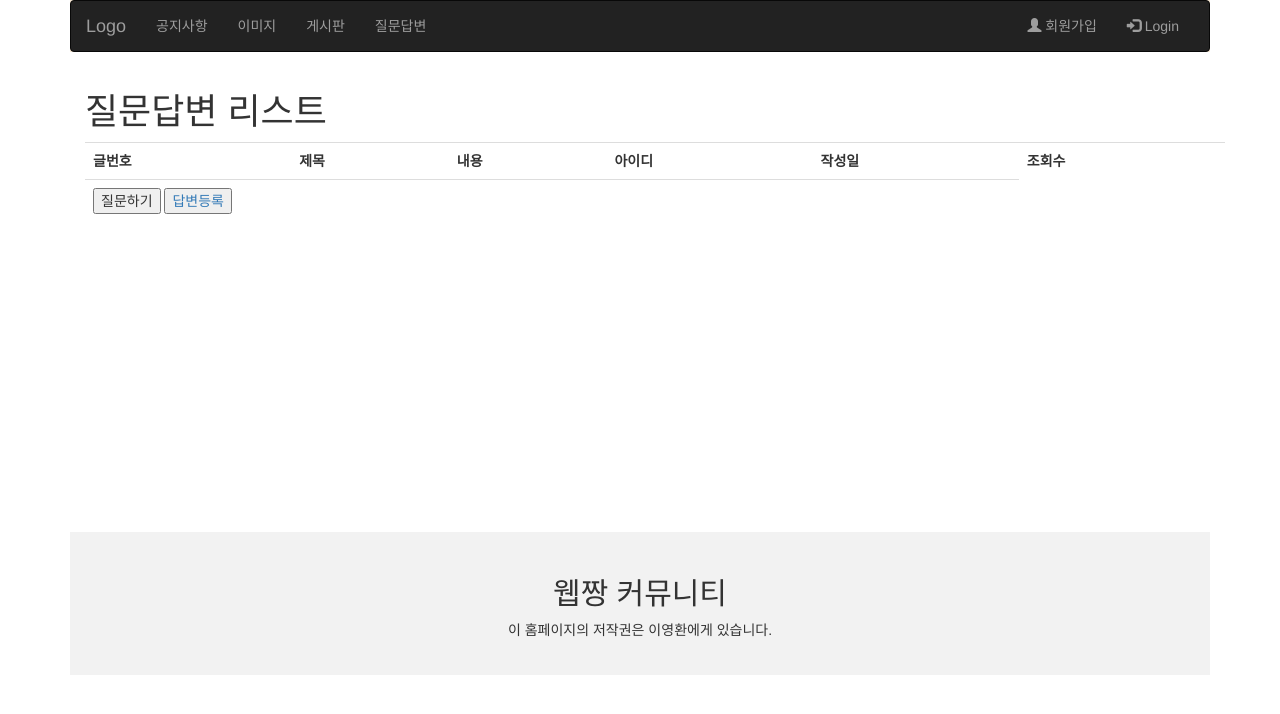
Repository: xo461/test
Page: http://localhost/webjjangcom_ver2/qna/list.jsp
These files come from the project's save history. The page is drawn as it stood at one moment and after the next save; the edit follows.
The browser window is 1280 px wide. The pictures show the whole page.
Some web libraries are served in a nearby version. The page is served by Tomcat 9. Other server files are loaded and not shown. Queries for data that is not in the repository find no rows.

Above is the page before, as saved 2019-11-14 08:42:44.

### web/webjjangcom_ver2/WebContent/WEB-INF/sitemesh.xml
<?xml version="1.0" encoding="UTF-8"?>
<!DOCTYPE XML>
<!-- 작성자 : 이영환 -->
<!-- 작성일 : 2018-11-14 -->
<!-- sitemesh 설정에 대한 정의 xml 파일 -->
<sitemesh>
	<!-- 레이아웃 꾸미기는 /WEB-INF/decorators.xml로 정의 -->
	<property name="decorators-file" value="/WEB-INF/decorators.xml" />
	<!-- 위에 property로 정의된 xml를 포함 시킨다. -->
	<excludes file="${decorators-file}" />

	<!-- HTML 분해 객체 선택 : title, head, body-->
	<page-parsers>
		<parser content-type="text/html"
			class="com.opensymphony.module.sitemesh.parser.HTMLPageParser" />
	</page-parsers>

	<!-- HTML 조립기 -->
	<decorator-mappers>
		<mapper

			class="com.opensymphony.module.sitemesh.mapper.ConfigDecoratorMapper">
			<param name="config" value="${decorators-file}" />
		</mapper>
	</decorator-mappers>
</sitemesh>

### web/webjjangcom_ver2/WebContent/WEB-INF/decorators.xml
<?xml version="1.0" encoding="UTF-8"?>
<!DOCTYPE XML>
<!-- 작성자 : 이영환 -->
<!-- 작성일 : 2018-11-14 -->
<!-- 꾸미기(레이아웃)에 대한 선언 -->
<decorators defaultdir="/WEB-INF/views/decorator">
	<!-- hello에 대한 요청이 들어오면 적용시키는 레이아웃 선언 -->
	<decorator name="main" page="default_decorator.jsp">
		<!-- url 패턴 중에서 적용이 안되는(패턴의 충돌) 패턴이 있으면 *를 제거하고 적용하세요. -->
<!-- 		<pattern>/</pattern> -->
		<pattern>/main</pattern>
		<pattern>/notice/*</pattern>
		<pattern>/board/*</pattern>
		<pattern>/member/*</pattern>
		<pattern>/qna/*</pattern>
		<pattern>/image/*</pattern>
	</decorator>

	<!-- 관리자의 대한 요청 레이아웃 선언 -->
<!-- 	<decorator name="admin" page="admin_decorator.jsp"> -->
<!-- 		<pattern>/admin/*</pattern> -->
<!-- 	</decorator> -->

	<!-- 데코레이션에서 제외되는 요청을 선언 -->

</decorators>

### web/webjjangcom_ver2/WebContent/qna/list.jsp
<%@page import="com.webjjang.main.Service"%>
<%@page import="com.webjjang.main.Execute"%>
<%@page import="com.webjjang.bean.Beans"%>
<%@ page language="java" contentType="text/html; charset=UTF-8"
	pageEncoding="UTF-8"%>
<%@taglib prefix="C" uri="http://java.sun.com/jsp/jstl/core"%>

<%
	//여기가 자바입니다.
	// DB에서 데이터 가져오기 : [controller] - service - dao : List<BoardDTO>
	Service service = Beans.getService("qnaListService");
	request.setAttribute("list", Execute.service(service, 1));
%>
<!DOCTYPE html>
<html>
<head>
<meta charset="UTF-8">
<title>Insert title here</title>
<meta name="viewport" content="width=device-width, initial-scale=1">
<link rel="stylesheet"
	href="https://maxcdn.bootstrapcdn.com/bootstrap/3.4.0/css/bootstrap.min.css">
<script
	src="https://ajax.googleapis.com/ajax/libs/jquery/3.4.1/jquery.min.js"></script>
<script
	src="https://maxcdn.bootstrapcdn.com/bootstrap/3.4.0/js/bootstrap.min.js"></script>
<style type="text/css">
.dataRow:hover {
	background: #eee;
	cursor: pointer;
}
</style>
</head>

<body>
	<div class="container">
		<h1>질문답변 리스트</h1>
		<table class="table">
			<!-- 테이블의 한줄 -->
			<!-- 항목의 제목 -->
			<tr>
				<th>글번호</th>
				<th>제목</th>
				<th>내용</th>
				<th>아이디</th>
				<th>작성일</th>
				<th>조회수</th>
			</tr>
			<!-- 데이터표시줄 : 데이터가 있는 만큼 반복 처리한다. -->
			<C:forEach items="${list }" var="dto">
				<tr onclick="location='view.jsp'" class="dataRow">
					<td>${dto.no }</td>
					<td>${dto.title }</td>
					<td>${dto.content }</td>
					<td>${dto.id }</td>
					<td>${dto.writeDate }</td>
					<td>${dto.hit }</td>
				</tr>
			</C:forEach>

			<!--  글쓰기 버튼  -->
			<tr>

				<td colspan="5">
					<button onclick="location='loginForm.jsp'">질문하기</button>
					<a href="writeForm.jsp"><button>답변등록</button></a>
				</td>
			</tr>
		</table>
	</div>
</body>
</html>

### web/webjjangcom_ver2/WebContent/WEB-INF/views/decorator/default_decorator.jsp
<!-- sitemesh 사용을 위한 설정 파일 -->
<!-- 작성자 : 이영환 -->
<!-- 작성일 : 2018-11-14 -->

<%@ page language="java" contentType="text/html; charset=UTF-8"
	pageEncoding="UTF-8"%>
<%@taglib prefix="decorator"
	uri="http://www.opensymphony.com/sitemesh/decorator"%>
<%@taglib prefix="c" uri="http://java.sun.com/jsp/jstl/core"%>
<!DOCTYPE html>
<html>

<head>
<meta http-equiv="Content-Type" content="text/html; charset=UTF-8">

<!-- title을 개별 jsp에 있는 title로 적용한다. -->
<title>웹짱::<decorator:title /></title>

<!-- jQuery, BootStrap 웹 라이브러리를 등록 했으므로 url 적용되는 개별 jsp에 등록 금지 -->
<meta name="viewport" content="width=device-width, initial-scale=1">

<link rel="stylesheet"
	href="https://maxcdn.bootstrapcdn.com/bootstrap/3.3.7/css/bootstrap.min.css">
<!-- 구글 아이콘 라이브러리 등록 : CSS -->
<link href="https://fonts.googleapis.com/icon?family=Material+Icons" rel="stylesheet">
<script
	src="https://ajax.googleapis.com/ajax/libs/jquery/3.1.1/jquery.min.js"></script>
<script
	src="https://maxcdn.bootstrapcdn.com/bootstrap/3.3.7/js/bootstrap.min.js"></script>

<style type="text/css">
header, footer {
	background: AntiqueWhite;
}

pre {
	background: white;
	border: 0px;
}

/* Remove the navbar's default margin-bottom and rounded borders */
.navbar {
	margin-bottom: 0;
	border-radius: 0;
}

/* Add a gray background color and some padding to the footer */
footer {
	background-color: #f2f2f2;
	padding: 25px;
}

.carousel-inner img {
	width: 100%; /* Set width to 100% */
	margin: auto;
	min-height: 200px;
}

/* Hide the carousel text when the screen is less than 600 pixels wide */
@media ( max-width : 600px) {
	.carousel-caption {
		display: none;
	}
}

article {
	min-height: 460px;
}

#welcome {
	color: grey;
	margin: 0 auto;
}
</style>
<!-- <script type="text/javascript" src="../js/jquery.js"></script> -->
<script type="text/javascript">
	$(document).ready(function() {
	});
</script>
<!-- 개별 jsp의 head 태그안에 있는 css, js를 넣어준다. -->
<decorator:head/>
</head>
<body>
	<div class="container">
<!-- 	메뉴나 로고 등  -->
	<header>
		<nav class="navbar navbar-inverse">
			<div class="container-fluid">

				<!-- 회사 로고 부분 -->
				<div class="navbar-header">
					<button type="button" class="navbar-toggle" data-toggle="collapse"
						data-target="#myNavbar">
						<span class="icon-bar"></span> <span class="icon-bar"></span> <span
							class="icon-bar"></span>
					</button>
					<a class="navbar-brand" href="${absUri }">Logo</a>
				</div>

				<!-- 모듈 메뉴 -->
				<div class="collapse navbar-collapse" id="myNavbar">
					<ul class="nav navbar-nav">
						<li><a href="/notice/list.jsp">공지사항</a></li>
						<li><a href="/image/list.jsp">이미지</a></li>
						<li><a href="/board/list.jsp">게시판</a></li>
						<li><a href="/qna/list.jsp">질문답변</a></li>
						<!-- 회원관리는 관리자 권한으로 로그인하면 보인다. -->
						<c:if test="${!empty login }">

				<!-- 관리자 메뉴  -->
							<c:if test="${login.grade==9 }">
								<li><a href="/member/list.jsp">회원관리</a></li>
							</c:if>
						</c:if>
					</ul>


					<!-- 오른쪽에 위치하는 메뉴바 -->
					<ul class="nav navbar-nav navbar-right">

						<!-- 로그인을 안한 경우의 메뉴 -->
						<c:if test="${empty login }">
							<li><a href="/member/joinForm.jsp"><span
									class="glyphicon glyphicon-user"></span> 회원가입</a></li>
							<li><a href="/member/loginForm.jsp"><span
									class="glyphicon glyphicon-log-in"></span> Login</a></li>
						</c:if>

						<!-- 로그인은 한 경우의 메뉴 -->
						<c:if test="${!empty login }">
							<li id="welcome"><a href="#">${login.name}[${login.gradeName }]</a></li>
							<li><a href="/member/view.do"> 내 정보 보기</a></li>
							<li><a href="/member/logout.do"><span
									class="glyphicon glyphicon-log-in"></span> Logout</a></li>
						</c:if>
					</ul>
				</div>
			</div>
		</nav>
	</header>
	<article>
		<decorator:body />
	</article>
	<footer class="container-fluid text-center">
		<h2>웹짱 커뮤니티 </h2>
		<p>이 홈페이지의 저작권은 이영환에게 있습니다.</p>
	</footer>
	</div>
</body>
</html>

### web/webjjangcom_ver2/src/com/webjjang/main/Execute.java
package com.webjjang.main;

public class Execute {
	// 서비스를 실행하는 메서드 작성 - 모든 서비스는 이메서드를 사용해서 실행해야만 한다.
	// service(실행 객체, 넘겨질파라메터) -> 넘겨질 파라메터는 알맞게 캐스팅해서 사용하는 것으로 한다.
	public static Object service(Service service, Object...objs)
			throws Exception {
		return service.service(objs);
		}
}

### web/webjjangcom_ver2/src/com/webjjang/util/db/DBUtil.java
package com.webjjang.util.db;

import java.sql.Connection;
import java.sql.DriverManager;
import java.sql.PreparedStatement;
import java.sql.ResultSet;
import java.sql.SQLException;

public class DBUtil {

	// 오라클 드라이버
	private static final String driver
	= "oracle.jdbc.driver.OracleDriver";

	// 접속 정보
	// 전역 변수로 선언한다.
	private static final String url
	= "jdbc:oracle:thin:@402-oracle:1521:orcl";
	private static final String id = "c##java17";
	private static final String pw = "java00";

	// 드라이버가 있는지 체크 하는 변수
	// true - 드라이버가 있음, false - 드라이버가 없음. -> static 초기화 블록에서 처리
	private static boolean checkDriver = false;

	// 클래스가 맨 처음 선언되어지는 경우 딱 한번만 실행이 된다.
	static {// static 초기화 블록
		// 1. 드라이버 확인
		try {
			Class.forName(driver);
			checkDriver = true;
		} catch (ClassNotFoundException e) {
			// TODO Auto-generated catch block
			checkDriver = false;
			e.printStackTrace();
		}
	}

	//연결객체를 전달하는 메서드 - DBUtil.getConnection()
	public static Connection getConnection() throws SQLException {
		if(checkDriver)
			return DriverManager.getConnection(url, id, pw);
		throw new SQLException("드라이버가 존재 하지 않습니다.");
	}

	//DB 처리하면서 사용한 객체 닫기
	public static void close
	(Connection con, PreparedStatement pstmt)
			throws SQLException {
		con.close();
		pstmt.close();
	}

	public static void close
	(Connection con, PreparedStatement pstmt, ResultSet rs)
			throws SQLException {
		close(con, pstmt);
		rs.close();
	}

}

After the next save:
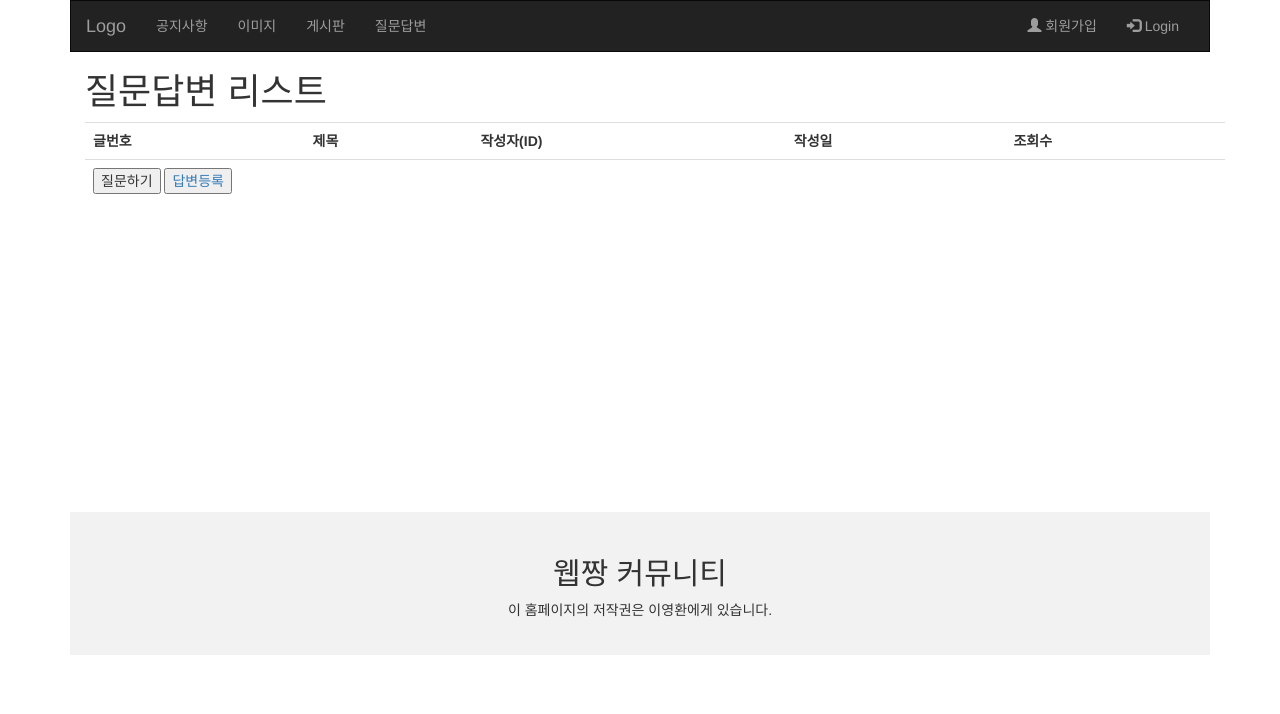
Saved 36 s later.
--- a/web/webjjangcom_ver2/WebContent/qna/list.jsp
+++ b/web/webjjangcom_ver2/WebContent/qna/list.jsp
@@ -15,20 +15,35 @@
 <html>
 <head>
 <meta charset="UTF-8">
-<title>Insert title here</title>
-<meta name="viewport" content="width=device-width, initial-scale=1">
-<link rel="stylesheet"
-	href="https://maxcdn.bootstrapcdn.com/bootstrap/3.4.0/css/bootstrap.min.css">
-<script
-	src="https://ajax.googleapis.com/ajax/libs/jquery/3.4.1/jquery.min.js"></script>
-<script
-	src="https://maxcdn.bootstrapcdn.com/bootstrap/3.4.0/js/bootstrap.min.js"></script>
+<title>질문답변 리스트</title>
+<!-- <meta name="viewport" content="width=device-width, initial-scale=1"> -->
+<!-- <link rel="stylesheet" -->
+<!-- 	href="https://maxcdn.bootstrapcdn.com/bootstrap/3.4.0/css/bootstrap.min.css"> -->
+<!-- <script -->
+<!-- 	src="https://ajax.googleapis.com/ajax/libs/jquery/3.4.1/jquery.min.js"></script> -->
+<!-- <script -->
+<!-- 	src="https://maxcdn.bootstrapcdn.com/bootstrap/3.4.0/js/bootstrap.min.js"></script> -->
+<!-- <link href="https://fonts.googleapis.com/icon?family=Material+Icons" rel="stylesheet"> -->
 <style type="text/css">
 .dataRow:hover {
 	background: #eee;
 	cursor: pointer;
 }
 </style>
+
+<script type="text/javascript">
+$(document).ready(function(){
+// 	alert("start");
+// 이벤트처리
+$(".dataRow").click(function(){
+// 		alert("dataRow click");
+		no = $(this).find(".no").text();
+		alert(no);
+		location = "view.jsp?no=" +no+"&cnt=1";
+	});
+});
+</script>
+
 </head>
 
 <body>
@@ -40,18 +55,21 @@
 			<tr>
 				<th>글번호</th>
 				<th>제목</th>
-				<th>내용</th>
-				<th>아이디</th>
+				<th>작성자(ID)</th>
 				<th>작성일</th>
 				<th>조회수</th>
 			</tr>
 			<!-- 데이터표시줄 : 데이터가 있는 만큼 반복 처리한다. -->
 			<C:forEach items="${list }" var="dto">
-				<tr onclick="location='view.jsp'" class="dataRow">
-					<td>${dto.no }</td>
-					<td>${dto.title }</td>
-					<td>${dto.content }</td>
-					<td>${dto.id }</td>
+<!-- 				<tr onclick="location='view.jsp'" class="dataRow"> -->
+				<tr class="dataRow">
+					<td class="no">${dto.no }</td>
+					<td>
+						${(dto.levNo > 0)?"":"" }
+					    <C:forEach begin="1" end="${dto.levNo * 5 }">&nbsp;</C:forEach>
+					    <i class="material-icons">${(dto.levNo > 0)?"&#xe5da;":"" }</i>
+						${dto.title }</td>
+					<td>${dto.name }[${dto.id}]</td>
 					<td>${dto.writeDate }</td>
 					<td>${dto.hit }</td>
 				</tr>
@@ -61,7 +79,7 @@
 			<tr>
 
 				<td colspan="5">
-					<button onclick="location='loginForm.jsp'">질문하기</button>
+					<button onclick="location='/member/loginForm.jsp'">질문하기</button>
 					<a href="writeForm.jsp"><button>답변등록</button></a>
 				</td>
 			</tr>
